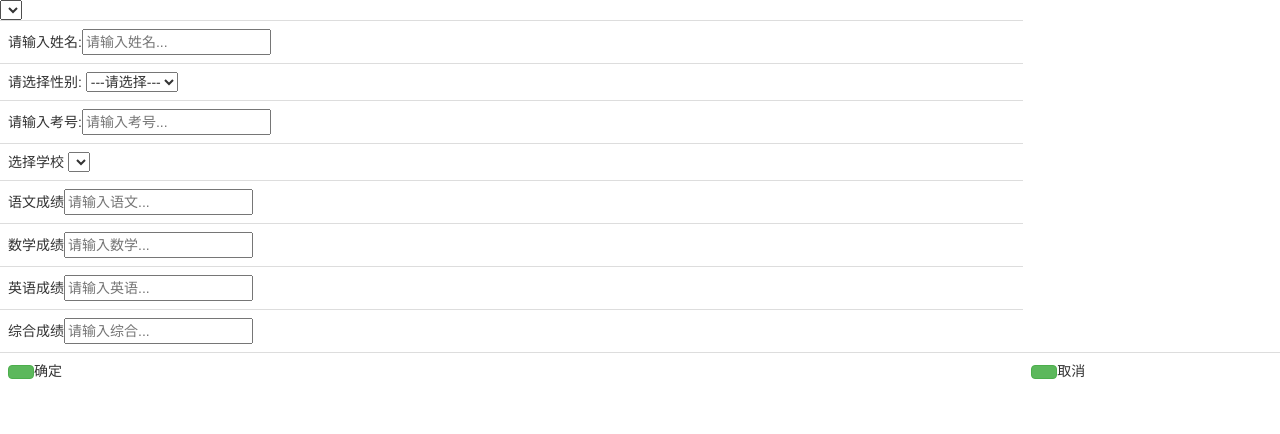
Repository: HelloChuang/HelloChuang-EclipseWorkSpace
Page: http://localhost/SpringMVCFight/stu_add.jsp
These files come from the project's save history. The page is drawn as it stood at one moment and after the next save; the edit follows.
The browser window is 1280 px wide. The pictures show the whole page.
The page is served by Tomcat 9. Nobody is signed in. The application's start-up code is not run.

Above is the page before, as saved 2018-11-05 11:57:36.

After the next save:
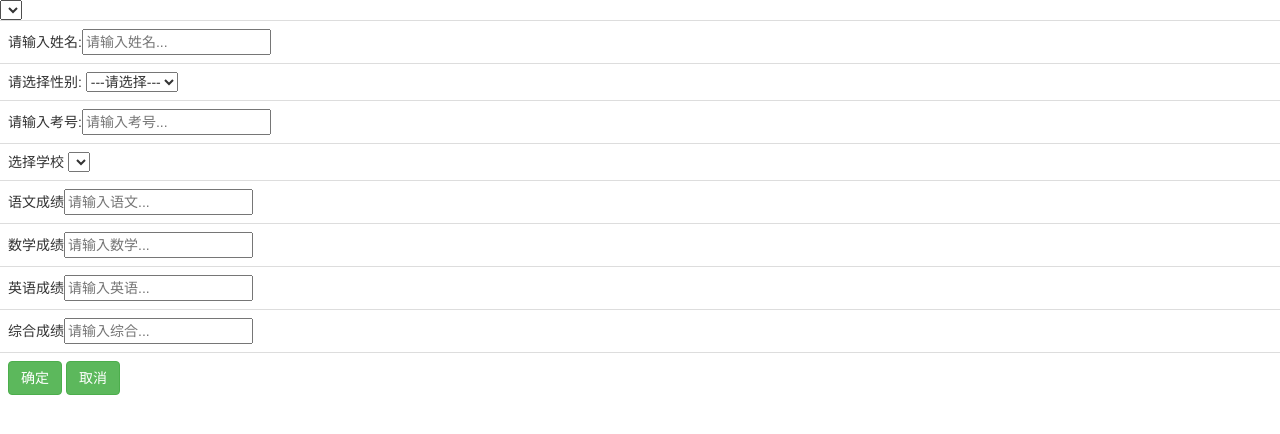
Saved 58 s later.
--- a/EclipseWorkSpace/SpringMVCFight/src/main/webapp/stu_add.jsp
+++ b/EclipseWorkSpace/SpringMVCFight/src/main/webapp/stu_add.jsp
@@ -50,8 +50,11 @@
 				<tr class="sucess"><td>英语成绩<input type="number" name="scores['英语']" required placeholder="请输入英语..."/></td></tr>
 				<tr class="sucess"><td>综合成绩<input type="number" name="scores['综合']" required placeholder="请输入综合..."/></td></tr>
 
-				<tr><td><button class="btn btn-success" type="submit"></button>确定</td>
-				<td><button class="btn btn-success" type="reset" onclick="javascript:history.go(-1);"></button>取消</td></tr>
+				<tr><td>
+				<button class="btn btn-success" type="submit">确定</button>
+				<button class="btn btn-success" type="reset" onclick="javascript:history.go(-1);">取消</button>
+				</td>
+				</tr>
 		</table>
 	</form>
 </body>
